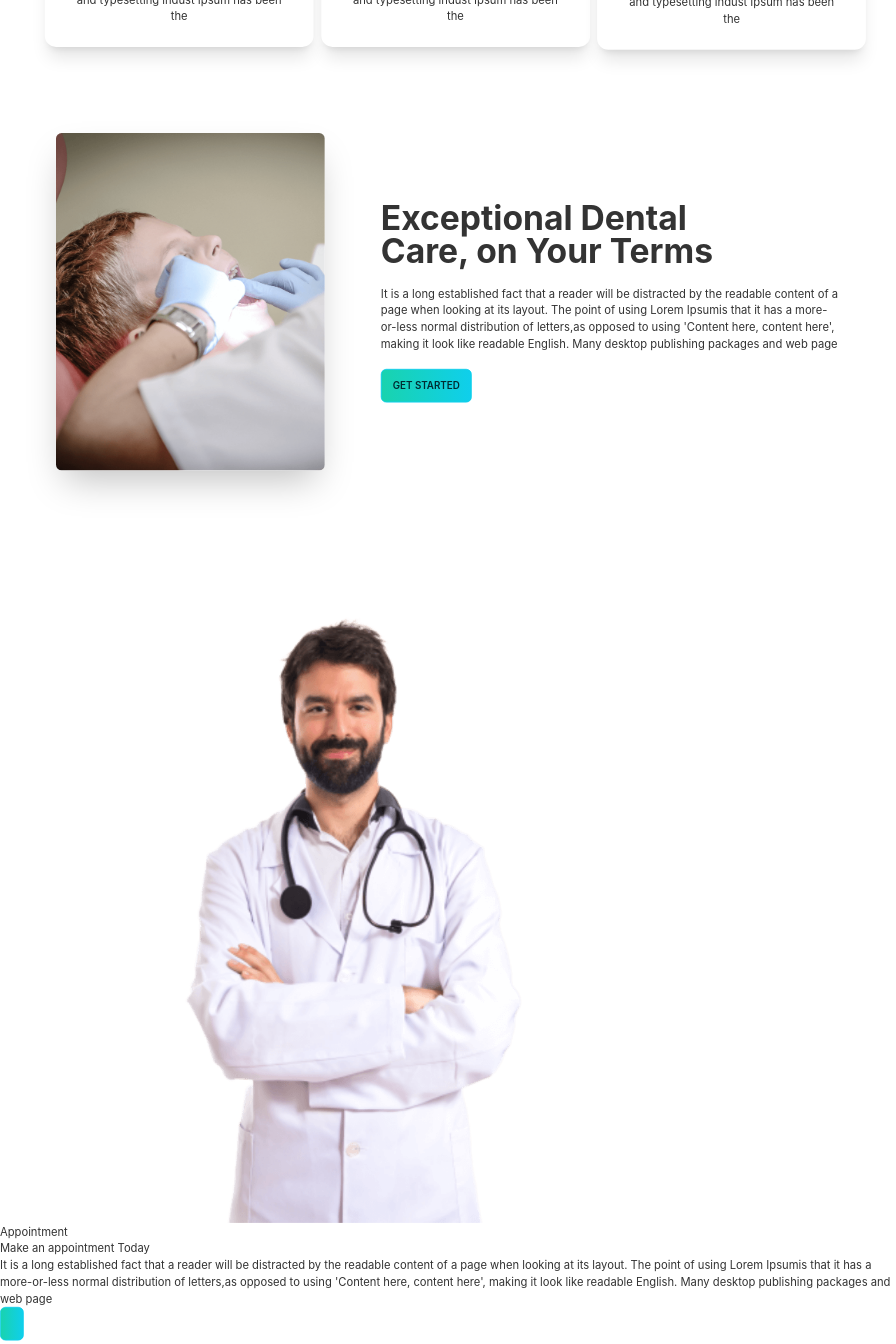
Repository: Tanvir3744/Doctors-client-website
Page: /
An editor plug-in stored every save of this project. The page is shown before and after the next save, followed by the edit.
The browser window is 1280 px wide. The pictures show the part of the page from y = 1300 to 3220 px (the page is 3220 px tall before and 3215 px after), at 70% of full size.
The project was rebuilt for these pictures with package versions that can differ from the ones it lists, and the page was loaded fresh each time. Also part of the build but not shown: src/Pages/About/About.js, src/Pages/Login/Login.js, src/Pages/NotFound/NotFound.js.

Above is the page before, as saved 2022-05-25 20:41:01.

### src/App.js
import { Routes, Route } from 'react-router-dom'
import About from './Pages/About/About';
import Home from './Pages/Home/Home';
import Login from './Pages/Login/Login';
import NotFound from './Pages/NotFound/NotFound';
import Navbar from './Pages/Shared/Navbar';
function App() {
  return (
    <div className="App">
      <Navbar></Navbar>
      <Routes>
        <Route path='/' element={<Home />}></Route>
        <Route path='/home' element={<Home />}></Route>
        <Route path='/about' element={<About />}></Route>
        <Route path='/login' element={<Login />}></Route>
        <Route path='*' element={<NotFound />}></Route>
      </Routes>
    </div>
  );
}

export default App;

### src/Pages/Home/Home.js
import React from 'react';
import InfoCards from '../../components/InfoCards';
import Banner from './Banner/Banner';
import MakeAppointment from './MakeAppointment';
import ServiceHero from './ServiceHero';
import Services from './Services';

const Home = () => {
    return (
        <div>
            <Banner />
            <InfoCards />
            <Services />
            <ServiceHero />
            <MakeAppointment />
        </div>
    );
};

export default Home;

### src/Pages/Shared/Navbar.js
import React from 'react';
import { Link } from 'react-router-dom';

const Navbar = () => {
    //menu items stored here
    const menuItems = <>
        <li><Link to="/">Home</Link></li>
        <li><Link to="/about">About</Link></li>
        <li><Link to="/appointment">Appointmenet</Link></li>
        <li><Link to="/reviews">Reviews</Link></li>
        <li><Link to="/contact">Contact Us</Link></li>
        <li><Link to="/login">Log in </Link></li>
    </>
    return (
        <div>
            <div class="navbar bg-base-100">
                <div class="navbar-start">
                    <div class="dropdown">
                        <label tabindex="0" class="btn btn-ghost lg:hidden">
                            <svg xmlns="http://www.w3.org/2000/svg" class="h-5 w-5" fill="none" viewBox="0 0 24 24" stroke="currentColor"><path stroke-linecap="round" stroke-linejoin="round" stroke-width="2" d="M4 6h16M4 12h8m-8 6h16" /></svg>
                        </label>
                        <ul tabindex="0" class="menu menu-compact dropdown-content mt-3 p-2 shadow bg-base-100 rounded-box w-52">
                           {menuItems}
                        </ul>
                    </div>
                    <Link to='/' class="btn btn-ghost normal-case text-xl">daisyUI</Link>
                </div>
                <div class="navbar-center hidden lg:flex">
                    <ul class="menu menu-horizontal p-0">
                        {menuItems}
                    </ul>
                </div>
            </div>
        </div>
    );
};

export default Navbar;

### src/components/InfoCards.js
import React from 'react';
import ChildInfoCards from './ChildInfoCards';
import Clock from './../assets/icons/clock.svg'
import Marker from './../assets/icons/marker.svg'
import Phone from './../assets/icons/phone.svg'
const InfoCards = () => {

    return (
        <div className='grid px-16 grid-cols-1 lg:grid-cols-3 gap-5 -mt-28'>
            <ChildInfoCards bgClass='bg-gradient-to-r from-secondary to-primary' cardTitle='Opening Hours' img={Clock} />
            <ChildInfoCards bgClass='bg-warning' cardTitle='Our Location' img={Marker} />
            <ChildInfoCards bgClass='bg-gradient-to-r from-secondary to-primary' cardTitle='Contact Us' img={Phone} />
        </div>
    );
};

export default InfoCards;

### src/Pages/Home/Banner/Banner.js
import React from 'react';
import chair from '../../../assets/images/chair.png'
const Banner = () => {
    return (
        <div className='px-12'>
            <div class="hero min-h-screen conatiner mx-auto">
                <div class="hero-content flex-col lg:flex-row-reverse -mt-28">
                    <img src={chair} class="max-w-sm rounded-lg shadow-2xl " />
                    <div className='px-16'>
                        <h1 class="text-5xl font-bold">Box Office News!</h1>
                        <p class="py-6">Provident cupiditate voluptatem et in. Quaerat fugiat ut assumenda excepturi exercitationem quasi. In deleniti eaque aut repudiandae et a id nisi.</p>
                        <button class="btn btn-primary text-white rounded-lg bg-gradient-to-r from-secondary to-primary">Get Started</button>
                    </div>
                </div>
            </div>
        </div>
    );
};

export default Banner;

### src/Pages/Home/MakeAppointment.js
import React from 'react';
import Appointment from "../../assets/images/appointment.png";
import Doctor from '../../assets/images/doctor.png';
const MakeAppointment = () => {
    return (
        <div>
            <div>
                <img src={Doctor} alt="Doctors image" />
            </div>
            <div>
                <h6>Appointment</h6>
                <h5>Make an appointment Today</h5>
                <p>It is a long established fact that a reader will be distracted by the readable content of a page when looking at its layout. The point of using Lorem Ipsumis that it has a more-or-less normal distribution of letters,as opposed to using 'Content here, content here', making it look like readable English. Many desktop publishing packages and web page</p>
                <button className="btn btn-primary bg-gradient-to-r from-secondary to-primary"></button>
            </div>
        </div>
    );
};

export default MakeAppointment;

### src/Pages/Home/ServiceHero.js
import React from 'react';
import Treatment from '../../assets/images/treatment.png'

const ServiceHero = () => {
    return (
        <div>
            <div class="hero min-h-screen px-16">
                <div class="hero-content flex-col lg:flex-row">
                    <img src={Treatment} class="max-w-sm rounded-lg shadow-2xl" />
                    <div className="ml-16">
                        <h1 class="text-5xl font-bold">Exceptional Dental </h1>
                        <h1 class="text-5xl font-bold">Care, on Your Terms</h1>
                        <p class="py-6">It is a long established fact that a reader will be distracted by the readable content of a page when looking at its layout. The point of using Lorem Ipsumis that it has a more-or-less normal distribution of letters,as opposed to using 'Content here, content here', making it look like readable English. Many desktop publishing packages and web page</p>
                        <button class="btn btn-primary bg-gradient-to-r from-secondary to-primary">Get Started</button>
                    </div>
                </div>
            </div>
        </div>
    );
};

export default ServiceHero;

### src/Pages/Home/Services.js
import React from 'react';
import Fluoride from '../../assets/images/fluoride.png';
import Cavity from '../../assets/images/cavity.png';
import Whitening from '../../assets/images/whitening.png';
import Service from './Service';
const Services = () => {
    const serviceData = [
        {
            _id: 1,
            img: Fluoride,
            name: 'Fluoride Treatment',
            desc: 'Lorem Ipsum is simply dummy printing and typesetting indust Ipsum has been the',
        },
        {
            _id: 2,
            img: Cavity,
            name: 'Cavity Filling',
            desc: 'Lorem Ipsum is simply dummy printing and typesetting indust Ipsum has been the'
        },
        {
            _id: 3,
            img: Whitening,
            name: 'Teeth Whitening',
            desc: 'Lorem Ipsum is simply dummy printing and typesetting indust Ipsum has been the'
        }

    ]
    return (
        <div>
            <div className=' text-center mt-20'>
                <h3 className='text-primary uppercase font-bold text-2xl'>Our Services</h3>
                <h2 className='text-4xl text-dark capitalize font-semibold'>Services we provide</h2>
            </div>
            <div className="service-cards gap-8 grid sm:grid-cols-1 md:grid-cols-2 lg:grid-cols-3  mt-8 px-16">
                {
                    serviceData.map(serve => <Service key={serve._id} service = {serve}></Service>)
                }
            </div>
        </div>
    );
};

export default Services;

### src/components/ChildInfoCards.js
import React from 'react';

const ChildInfoCards = (props) => {
    const {img, cardTitle, bgClass} = props;
    return (
        <div className='container'>
            <div className={`card lg:card-side shadow-xl p-4 pl-4  ${bgClass}`}>
                <figure><img src={img} alt="Info cards" /></figure>
                <div class="card-body text-white">
                    <h2 class="card-title">{cardTitle}</h2>
                    <p>Click the button to listen on Spotiwhy app.</p>
                </div>
            </div>
        </div>
    );
};

export default ChildInfoCards;

### src/Pages/Home/Service.js
import React from 'react';

const Service = (props) => {
    const {name, img, desc} = props.service;
    return (
        <div>
            <div className="card   w-96 bg-base-100 shadow-xl">
                <figure className="px-10 pt-10">
                    <img src={img} alt="Shoes" className="rounded-xl" />
                </figure>
                <div className="card-body items-center text-center">
                    <h2 className="card-title font-semibold text-2xl">{name}</h2>
                    <p>{desc}</p>
                </div>
            </div>
        </div>
    );
};

export default Service;

### tailwind.config.js
module.exports = {
  content: ["./src/**/*.{html,js}"],
  theme: {
    extend: {},
  },
  daisyui: {
    themes: [
      {

        mytheme: {
          primary: "#0FCFEC",
          secondary: "#19D3AE",
          neutral: "#3d4451",
          warning : "#3A4256",
          accent: "#37cdbe",
          "base-100": "#ffffff",
        },
      },
      "cupcake",
    ],
  },
  plugins: [require("daisyui")],
}

Loaded but not shown: public/index.html (common file); src/index.js (common file); src/index.css (common file); src/reportWebVitals.js (common file)

After the next save:
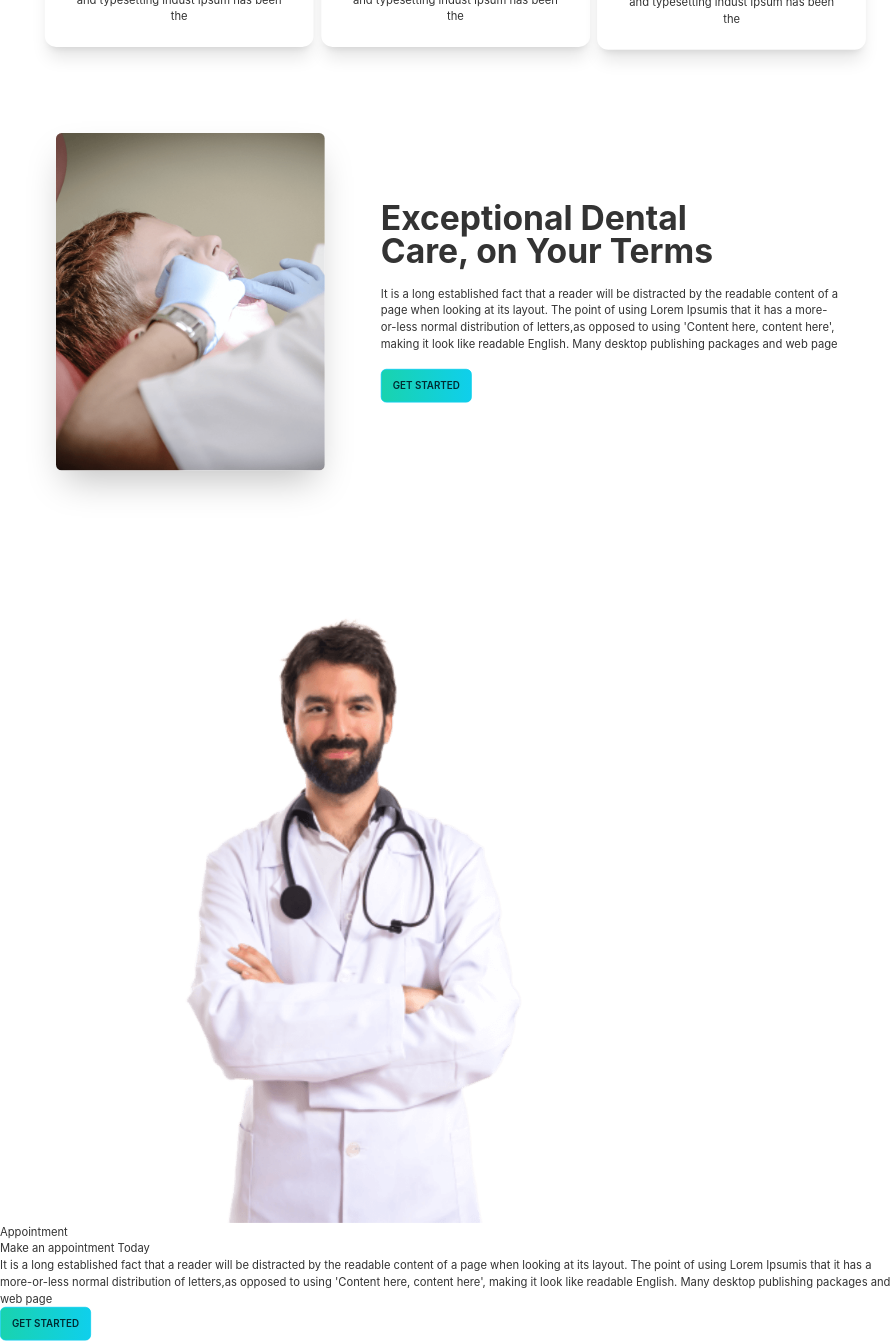
Saved 7 s later.
--- a/src/Pages/Home/MakeAppointment.js
+++ b/src/Pages/Home/MakeAppointment.js
@@ -11,7 +11,7 @@ const MakeAppointment = () => {
                 <h6>Appointment</h6>
                 <h5>Make an appointment Today</h5>
                 <p>It is a long established fact that a reader will be distracted by the readable content of a page when looking at its layout. The point of using Lorem Ipsumis that it has a more-or-less normal distribution of letters,as opposed to using 'Content here, content here', making it look like readable English. Many desktop publishing packages and web page</p>
-                <button className="btn btn-primary bg-gradient-to-r from-secondary to-primary"></button>
+                <button className="btn btn-primary bg-gradient-to-r from-secondary to-primary">Get Started</button>
             </div>
         </div>
     );
